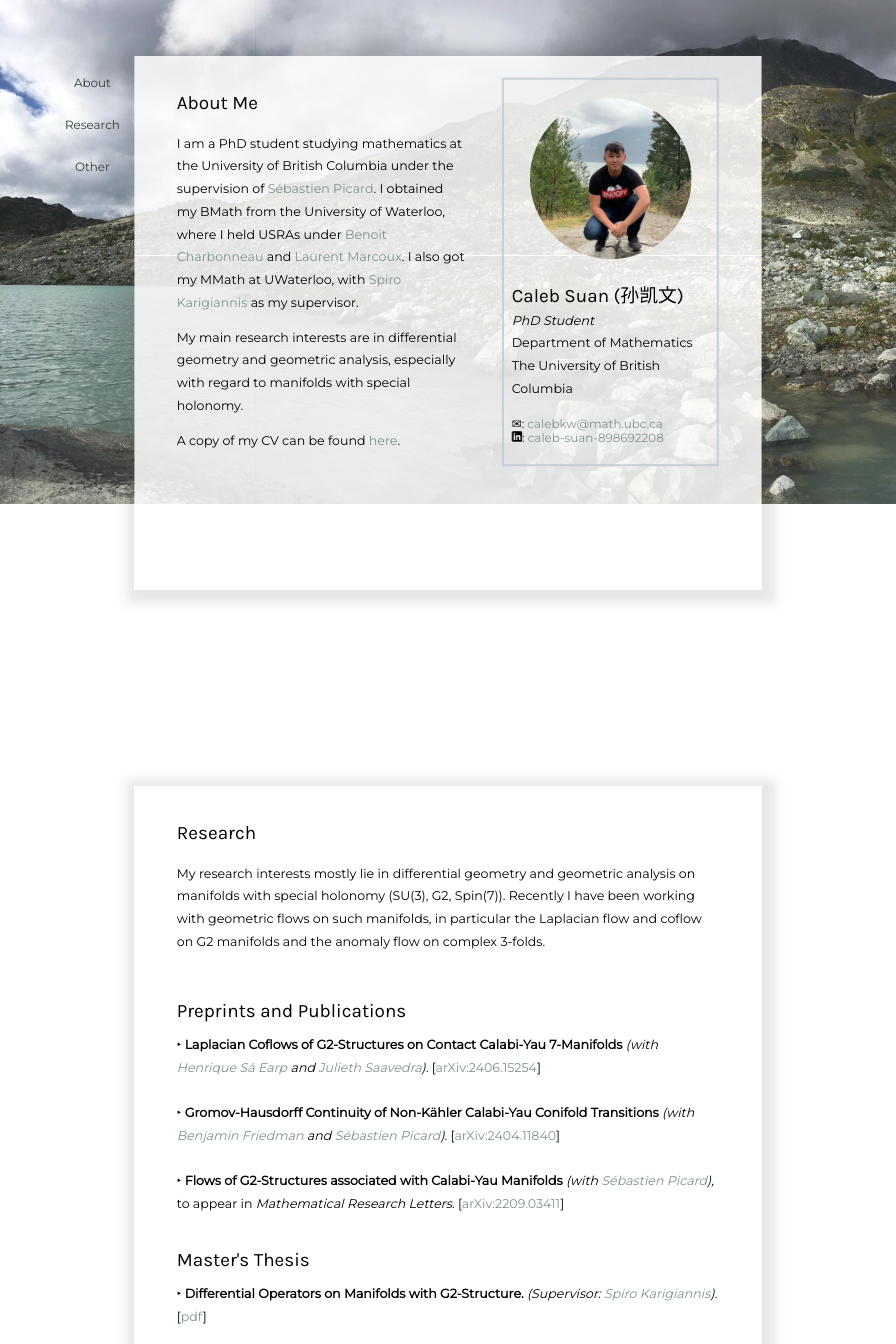
Repository: calebsuan/calebsuan.github.io
Page: index.html
These files come from the project's save history. The page is drawn as it stood at one moment and after the next save; the edit follows.
The browser window is 1280 px wide. The pictures show the part of the page from y = 0 to 1920 px (the page is 4128 px tall), at 70% of full size.

Above is the page before, as saved 2024-06-30 02:19:01.

After the next save:
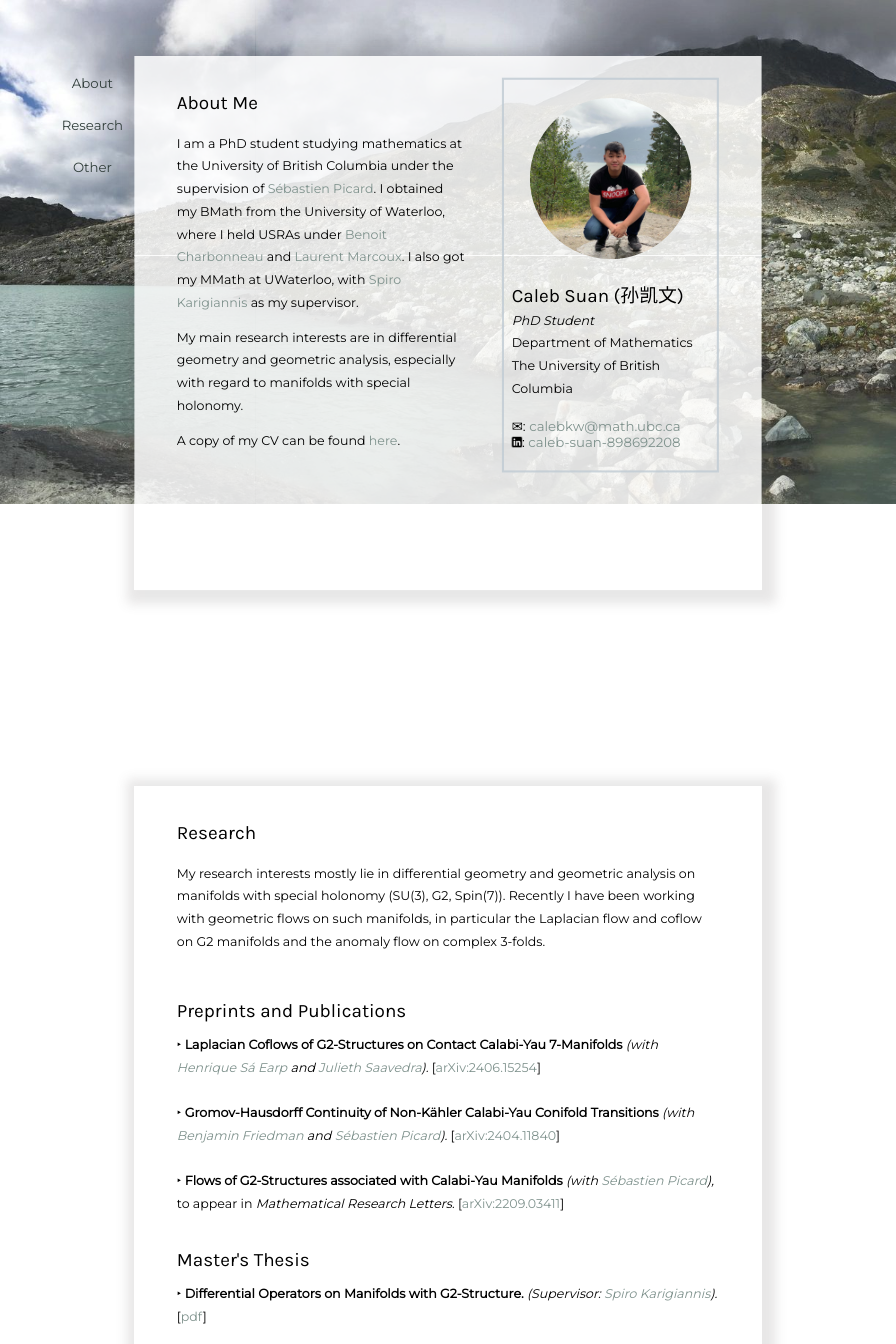
Saved 16 s later.
--- a/index.css
+++ b/index.css
@@ -110,7 +110,7 @@ body{
 
 .Head3{
 
-    font-size: 17px;
+    font-size: 19px;
     margin-top: 3px;
     margin-bottom: 3px;
 
